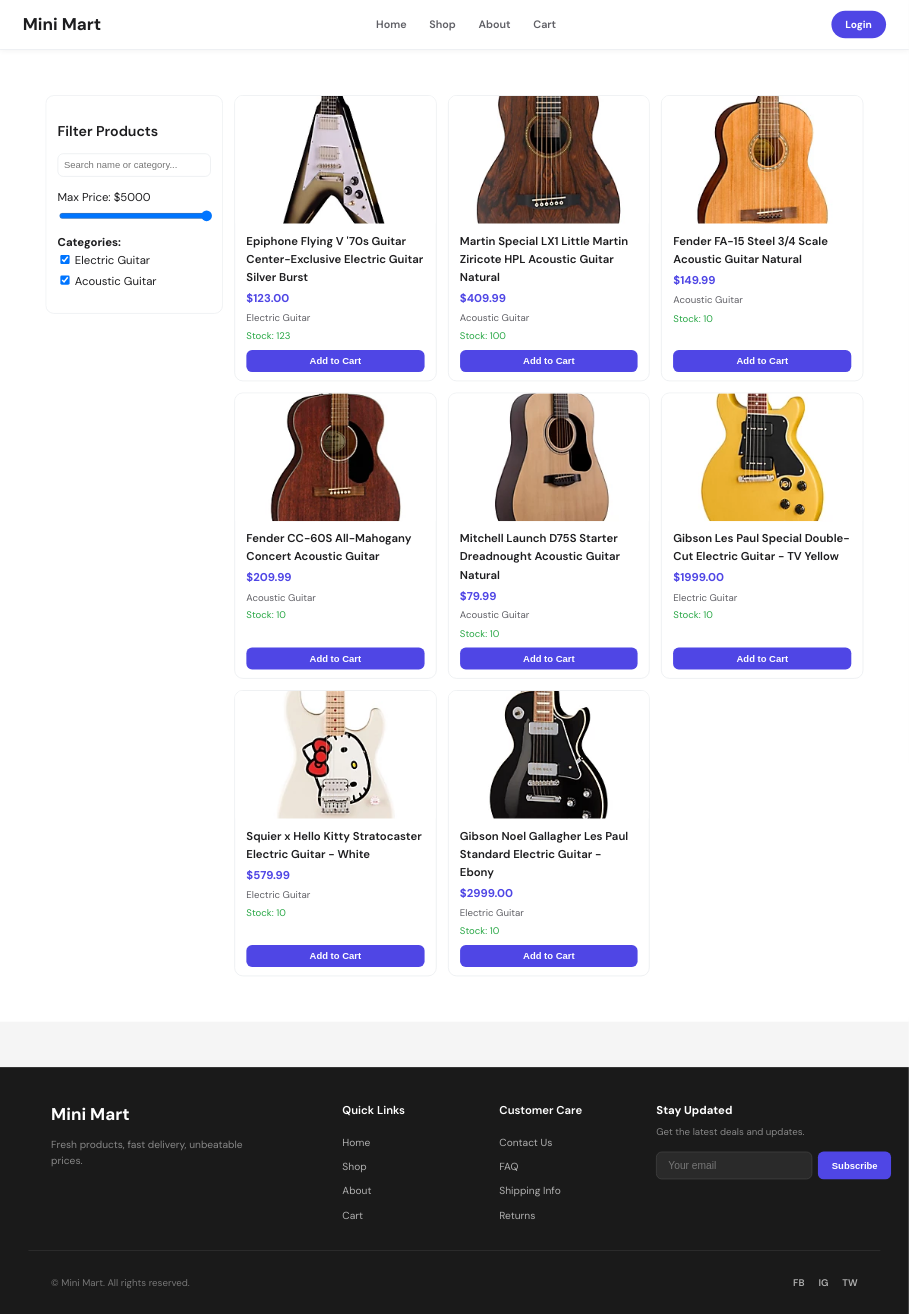
Repository: rywkoo/guitar-mart
Page: http://localhost/shop
The author's editor kept a copy of each file at every save. The page is drawn from the files as they stood at one save, then again after the next save.
The browser window is 1280 px wide. The pictures show the whole page, at 71% of full size.
The page is served by the project's application, run on Flask 3 (app.py). Other server files are loaded and not shown. The page reads the database file committed with the project.

Above is the page before, as saved 2025-11-14 19:42:52.
Console error (its wording comes from the project's code and is left out).

### templates/shop.html
{% extends "base.html" %}
{% block title %}Shop{% endblock %}

{% block content %}
<div style="display:flex; gap:1rem; padding:2rem; flex-wrap:wrap;">

  <!-- Sidebar -->
  <aside id="sidebar" style="width:250px; position:sticky; top:calc(var(--navbar-height) + 1rem); border:1px solid var(--color-border); padding:1rem; border-radius:var(--radius-md); background:var(--color-bg); height:max-content;">
    <h2 style="font-size:1.25rem; margin-bottom:1rem; font-weight:600;">Filter Products</h2>

    <!-- Search -->
    <input type="text" id="searchInput" placeholder="Search name or category..."
           style="width:100%; padding:.5rem; margin-bottom:1rem; border:1px solid var(--color-border); border-radius:var(--radius-sm);">

    <!-- Price -->
    <label style="display:block; margin-bottom:.25rem;">Max Price: <span id="priceValue"></span></label>
    <input type="range" id="priceSlider" min="0" max="5000" step="1" value="5000" style="width:100%; margin-bottom:1rem;">

    <!-- Categories -->
    <div id="categoryFilters" style="margin-bottom:1rem;">
      <strong>Categories:</strong><br>
      <!-- dynamically filled -->
    </div>
  </aside>

  <!-- Product Grid -->
  <div id="productGrid" style="flex:1; display:grid; grid-template-columns:repeat(auto-fill,minmax(220px,1fr)); gap:1rem;">
    <!-- Product cards inserted here by JS -->
  </div>

</div>
{% endblock %}

{% block scripts %}
<script>
// ---------- GLOBALS ----------
let allProducts = [];
let allCategories = [];

// ---------- CART FUNCTIONS ----------
function getCart() {
  const cart = localStorage.getItem('cart');
  return cart ? JSON.parse(cart) : [];
}

function saveCart(cart) {
  localStorage.setItem('cart', JSON.stringify(cart));
  updateCartCount();
}

function addToCart(product) {
  const cart = getCart();
  const existing = cart.find(item => item.id === product.id);

  if (existing) {
    existing.quantity += 1;
  } else {
    cart.push({ ...product, quantity: 1 });
  }

  saveCart(cart);
  alert(`${product.name} added to cart!`);
}

function updateCartCount() {
  const cart = getCart();
  const totalItems = cart.reduce((sum, item) => sum + item.quantity, 0);
  const cartLinks = document.querySelectorAll('.cart-link');
  cartLinks.forEach(link => {
    const countSpan = link.querySelector('.cart-count') || document.createElement('sup');
    if (!countSpan.classList.contains('cart-count')) {
      countSpan.className = 'cart-count';
      countSpan.style.marginLeft = '4px';
      countSpan.style.background = 'var(--color-primary)';
      countSpan.style.color = 'white';
      countSpan.style.borderRadius = '50%';
      countSpan.style.fontSize = '0.7rem';
      countSpan.style.padding = '2px 6px';
      countSpan.style.minWidth = '18px';
      countSpan.style.textAlign = 'center';
      link.appendChild(countSpan);
    }
    countSpan.textContent = totalItems > 0 ? totalItems : '';
    countSpan.style.display = totalItems > 0 ? 'inline' : 'none';
  });
}

// ---------- FETCH PRODUCTS ----------
async function fetchProducts() {
  const res = await fetch('/api/products');
  allProducts = await res.json();          // <-- ALL products from the API
  renderCategories();
  renderProducts();
  updateCartCount();                       // cart badge
}

// ---------- RENDER CATEGORY CHECKBOXES ----------
function renderCategories() {
  const container = document.getElementById('categoryFilters');
  const categoryMap = {};
  allProducts.forEach(p => {
    if (p.category_id && !categoryMap[p.category_id]) {
      categoryMap[p.category_id] = p.category_name;
    }
  });
  allCategories = Object.entries(categoryMap);

  container.innerHTML = '<strong>Categories:</strong><br>';
  allCategories.forEach(([id, name]) => {
    container.innerHTML += `
      <label style="display:block; margin-bottom:.25rem;">
        <input type="checkbox" value="${id}" class="categoryCheckbox" checked> ${name}
      </label>
    `;
  });
}

// ---------- RENDER PRODUCTS ----------
function renderProducts() {
  const grid = document.getElementById('productGrid');
  const searchQuery = document.getElementById('searchInput').value.toLowerCase();
  const maxPrice = parseFloat(document.getElementById('priceSlider').value);
  const checkedCategories = Array.from(document.querySelectorAll('.categoryCheckbox:checked'))
                                 .map(c => parseInt(c.value));

  grid.innerHTML = '';

  allProducts.forEach(p => {
    const matchesSearch = p.name.toLowerCase().includes(searchQuery) ||
                          (p.category_name && p.category_name.toLowerCase().includes(searchQuery));
    const matchesPrice = p.price <= maxPrice;
    const matchesCategory = checkedCategories.length === 0 || checkedCategories.includes(p.category_id);

    if (matchesSearch && matchesPrice && matchesCategory) {
      const imgSrc = p.image ? `/static/images/${p.image}` : 'https://via.placeholder.com/220x180?text=No+Image';
      grid.innerHTML += `
        <div style="border:1px solid var(--color-border); border-radius:var(--radius-md); overflow:hidden; background:var(--color-bg); display:flex; flex-direction:column; transition: var(--transition);">
          <div style="height:180px; overflow:hidden;">
            <img src="${imgSrc}" style="width:100%; height:100%; object-fit:cover; transition: var(--transition);" onmouseover="this.style.transform='scale(1.05)'" onmouseout="this.style.transform='scale(1)'">
          </div>
          <div style="padding:0.75rem 1rem; flex:1; display:flex; flex-direction:column;">
            <h3 style="font-size:1rem; font-weight:600; margin:0 0 0.25rem; color:var(--color-text);">${p.name}</h3>
            <p style="margin:0 0 0.25rem; font-weight:700; color:var(--color-primary);">$${p.price.toFixed(2)}</p>
            <p style="margin:0 0 0.25rem; font-size:0.85rem; color:var(--color-text-muted);">${p.category_name || 'No category'}</p>
            <p style="margin:0 0 auto; font-size:0.85rem; color:${p.stock>0 ? '#28a745' : '#ff4757'};">Stock: ${p.stock}</p>
            <button onclick='addToCart(${JSON.stringify(p).replace(/'/g, "\\'")})'
                    style="margin-top:0.5rem; background:var(--color-primary); color:white; border:none; padding:0.5rem; border-radius:var(--radius-sm); font-weight:600; cursor:pointer; transition:var(--transition);">
              Add to Cart
            </button>
          </div>
        </div>
      `;
    }
  });
}

// ---------- EVENT LISTENERS ----------
document.getElementById('searchInput').addEventListener('input', renderProducts);
document.getElementById('priceSlider').addEventListener('input', () => {
  document.getElementById('priceValue').textContent = '$' + document.getElementById('priceSlider').value;
  renderProducts();
});
document.addEventListener('change', e => {
  if (e.target.classList.contains('categoryCheckbox')) renderProducts();
});

// ---------- INIT ----------
document.addEventListener('DOMContentLoaded', () => {
  document.getElementById('priceValue').textContent = '$' + document.getElementById('priceSlider').value;
  fetchProducts();
});
</script>
{% endblock %}

### app.py
# app.py
from flask import Flask, render_template
from extensions import db, migrate, jwt, mail
from config import Config
import os
from flask_cors import CORS

# Import blueprints
from routes.auth import auth_bp
from routes.products import products_bp
from routes.categories import categories_bp
from routes.cart import cart_bp
from routes.invoices import invoices_bp
from routes.admin import admin_bp
from routes.reset import reset_bp

app = Flask(__name__)
app.config.from_object(Config)
CORS(app)
# Ensure UPLOAD_FOLDER exists
app.config['UPLOAD_FOLDER'] = os.path.join(app.root_path, 'static', 'images')
os.makedirs(app.config['UPLOAD_FOLDER'], exist_ok=True)

# Initialize extensions
db.init_app(app)
migrate.init_app(app, db)
jwt.init_app(app)
mail.init_app(app)

# Register blueprints
app.register_blueprint(auth_bp, url_prefix="/api/auth")          # /api/auth/login
app.register_blueprint(categories_bp, url_prefix="/api/categories")
app.register_blueprint(cart_bp, url_prefix="/api/cart")
app.register_blueprint(invoices_bp, url_prefix="/api/invoices")
app.register_blueprint(admin_bp)                                 # /admin/dashboard
app.register_blueprint(reset_bp, url_prefix="/api/reset")
app.register_blueprint(products_bp)                              # <-- Public API /api/products

# Pages
@app.route("/")
def home_page():
    return render_template("home.html")

@app.route("/test-product")
def test_product():
    return render_template("test_product.html")

@app.route("/register-page")
def register_page():
    return render_template("register.html")

@app.route("/login")
def login_page():
    return render_template("login.html")

@app.route("/shop")
def shop():
    return render_template("shop.html")

@app.route("/cart")
def cart():
    return render_template("cart.html")

@app.route("/about")
def about():
    return render_template("about.html")

@app.route("/admin/dashboard")
def dashboard_page():
    return render_template("admin/dashboard.html")  # JS will protect

@app.route("/reset-password")
def reset_password_page():
    return render_template("reset_password.html")

if __name__ == "__main__":
    app.run(debug=True)

### routes/products.py
# routes/products.py
from flask import Blueprint, jsonify, current_app
from models import Product, db
from werkzeug.utils import secure_filename
import os

products_bp = Blueprint("products", __name__, url_prefix="/api")

# Helper to save uploaded image
def save_image(image_file):
    if not image_file or not image_file.filename:
        return None
    filename = secure_filename(image_file.filename)
    filepath = os.path.join(current_app.config['UPLOAD_FOLDER'], filename)
    os.makedirs(os.path.dirname(filepath), exist_ok=True)
    image_file.save(filepath)
    return filename

# 1️⃣ GET all products (public)
@products_bp.route("/products", methods=["GET"], strict_slashes=False)
def get_all_products():
    products = Product.query.order_by(Product.id.desc()).all()
    return jsonify([
        {
            "id": p.id,
            "name": p.name,
            "price": float(p.price),
            "stock": p.stock,
            "category_id": p.category_id,
            "category_name": p.category.name if p.category else None,
            "image": p.image
        } for p in products
    ]), 200

# 2️⃣ GET single product (public)
@products_bp.route("/products/<int:product_id>", methods=["GET"], strict_slashes=False)
def get_product(product_id):
    p = Product.query.get_or_404(product_id)
    return jsonify({
        "id": p.id,
        "name": p.name,
        "price": float(p.price),
        "stock": p.stock,
        "category_id": p.category_id,
        "category_name": p.category.name if p.category else None,
        "image": p.image
    }), 200

### instance/mini_mart.db (the tables this page reads, as SQL)
CREATE TABLE category (
	id INTEGER NOT NULL, 
	name VARCHAR(100) NOT NULL, 
	description TEXT, 
	PRIMARY KEY (id), 
	UNIQUE (name)
);
INSERT INTO "category" VALUES
(1, 'Electric Guitar', 'Guitar'),
(2, 'Acoustic Guitar', 'asdfasdf');

CREATE TABLE product (
	id INTEGER NOT NULL, 
	name VARCHAR(100) NOT NULL, 
	price FLOAT NOT NULL, 
	stock INTEGER NOT NULL, 
	image VARCHAR(100), 
	category_id INTEGER NOT NULL, 
	PRIMARY KEY (id), 
	FOREIGN KEY(category_id) REFERENCES category (id)
);
INSERT INTO "product" VALUES
(2, 'Gibson Noel Gallagher Les Paul Standard Electric Guitar - Ebony', 2999.0, 10, 'M22580000001000-00-264x264.webp', 1),
(3, ' Squier x Hello Kitty Stratocaster Electric Guitar - White', 579.99, 10, 'M15190000002000-00-264x264.webp', 1),
(4, 'Gibson Les Paul Special Double-Cut Electric Guitar - TV Yellow', 1999.0, 10, 'M19488000001000-00-264x264.webp', 1),
(5, 'Mitchell Launch D75S Starter Dreadnought Acoustic Guitar Natural', 79.99, 10, 'M19758000001000-00-264x264.webp', 2),
(6, ' Fender CC-60S All-Mahogany Concert Acoustic Guitar', 209.99, 10, 'L84142000001000-00-264x264.webp', 2),
(7, ' Fender FA-15 Steel 3/4 Scale Acoustic Guitar Natural', 149.99, 10, 'L83870000001000-00-264x264.webp', 2),
(8, ' Martin Special LX1 Little Martin Ziricote HPL Acoustic Guitar Natural', 409.99, 100, 'M13884000001000-00-264x264.webp', 2),
(9, 'Epiphone Flying V ''70s Guitar Center-Exclusive Electric Guitar Silver Burst', 123.0, 123, 'M14333000001000-00-264x264.webp', 1);

Loaded but not shown: templates/base.html (645 lines, source omitted)

After the next save:
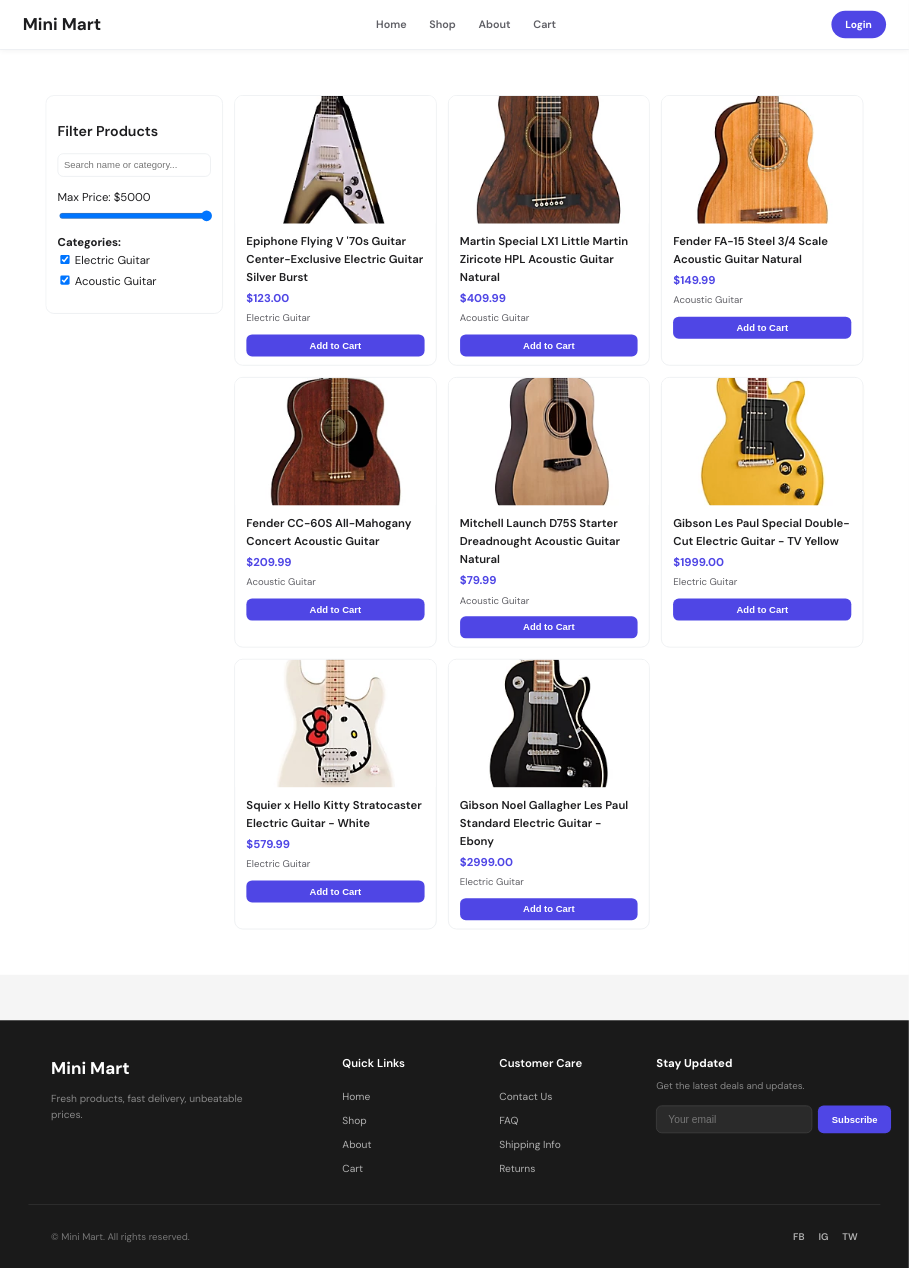
Saved 6 s later.
--- a/templates/shop.html
+++ b/templates/shop.html
@@ -142,7 +142,6 @@
             <h3 style="font-size:1rem; font-weight:600; margin:0 0 0.25rem; color:var(--color-text);">${p.name}</h3>
             <p style="margin:0 0 0.25rem; font-weight:700; color:var(--color-primary);">$${p.price.toFixed(2)}</p>
             <p style="margin:0 0 0.25rem; font-size:0.85rem; color:var(--color-text-muted);">${p.category_name || 'No category'}</p>
-            <p style="margin:0 0 auto; font-size:0.85rem; color:${p.stock>0 ? '#28a745' : '#ff4757'};">Stock: ${p.stock}</p>
             <button onclick='addToCart(${JSON.stringify(p).replace(/'/g, "\\'")})'
                     style="margin-top:0.5rem; background:var(--color-primary); color:white; border:none; padding:0.5rem; border-radius:var(--radius-sm); font-weight:600; cursor:pointer; transition:var(--transition);">
               Add to Cart
